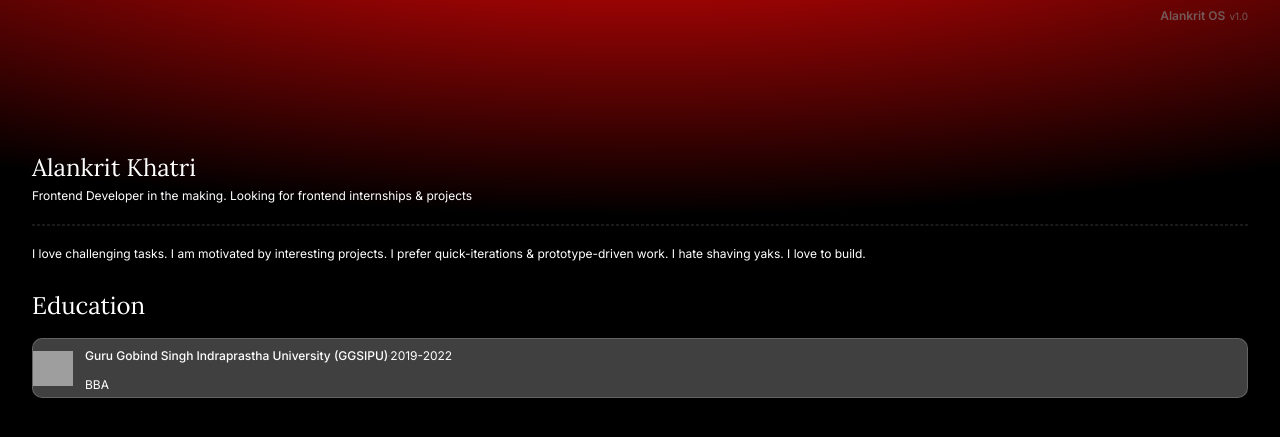
Repository: alankritkhatri/alankrit.xyz
Page: /
An editor plug-in stored every save of this project. The page is shown before and after the next save, followed by the edit.
The browser window is 1280 px wide. The pictures show the whole page.
Pictures or frames that could not be fetched are drawn as grey boxes. The project was rebuilt for these pictures with package versions that can differ from the ones it lists, and the page was loaded fresh each time. Also part of the build but not shown: vite.config.js, src/blog.jsx.

Above is the page before, as saved 2024-08-11 20:12:58.

After the next save:
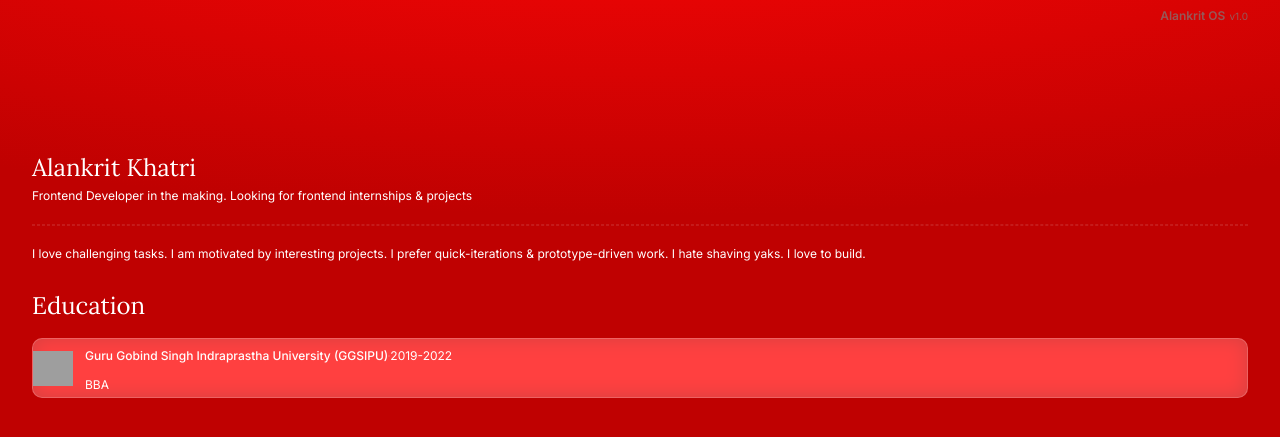
Saved 12 s later.
--- a/src/App.css
+++ b/src/App.css
@@ -20,7 +20,7 @@
   }
   color: white;
   height: 100vh; /*temp*/
-  background: radial-gradient(100% 50% at 50% -20%, #ff0606, #000000);
+  background: radial-gradient(100% 50% at 50% -20%, #ff0606, #bf0101);
   padding: 0px 32px;
   a {
     text-decoration: none;
